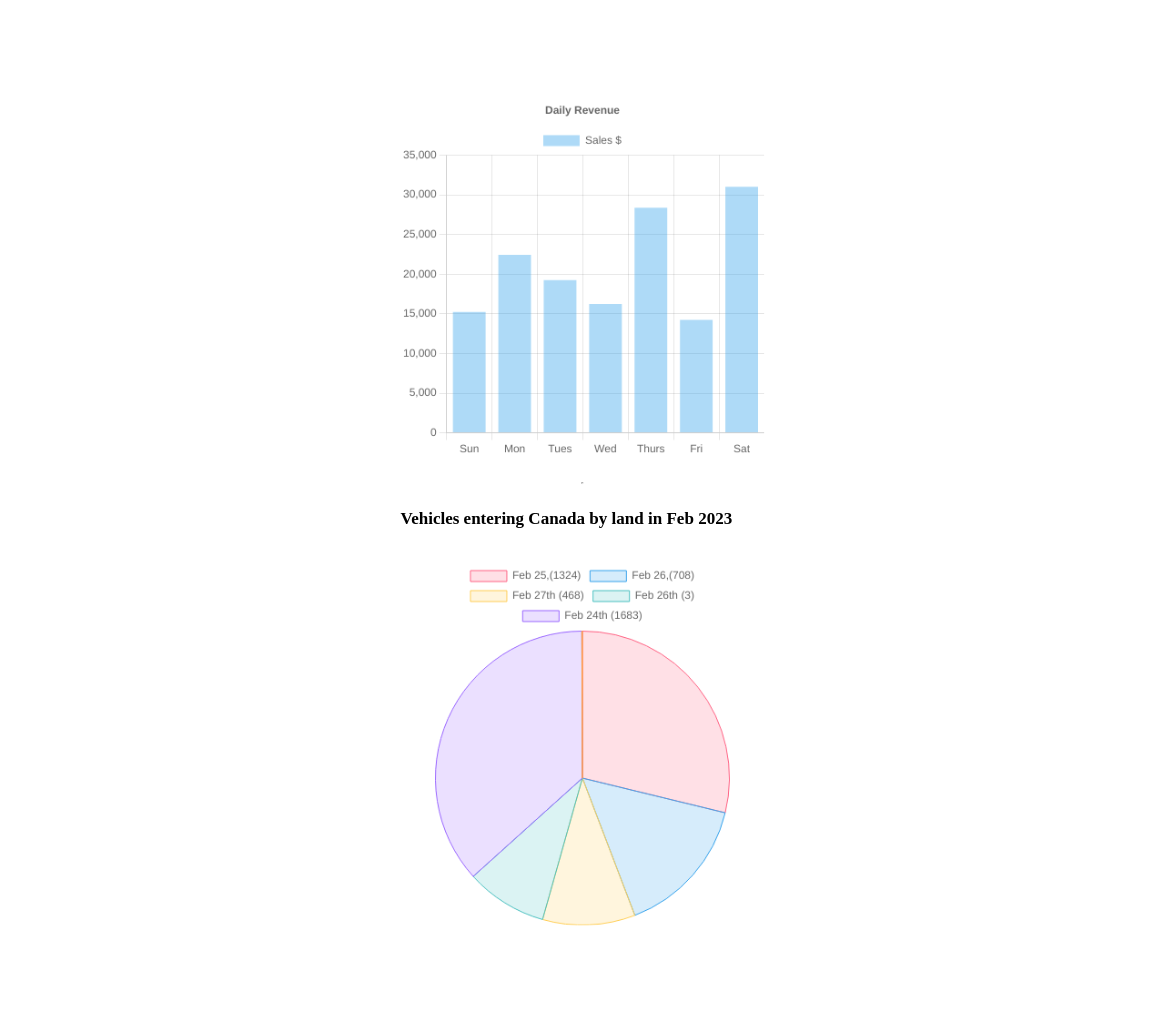
Repository: anoncoderin/dcd-charts-11week
Page: /
The author's editor kept a copy of each file at every save. The page is drawn from the files as they stood at one save, then again after the next save.
The browser window is 1280 px wide. The pictures show the whole page, at 91% of full size.
The project was rebuilt for these pictures with package versions that can differ from the ones it lists, and the page was loaded fresh each time. The framework's server and built-in components were replaced by stand-ins that run in the browser. Also part of the build but not shown: next.config.js.

Above is the page before, as saved 2023-03-24 23:09:17.

### pages/index.js
import Head from 'next/head'
import Image from 'next/image'
import styles from '@/styles/Home.module.css'
import BarChart from '@/components/BarChart'
import PieChart from '@/components/PieChart'

export default function Home() {
  return (
    <>
      <Head>
        <title>Create Next App</title>
        <meta name="description" content="Generated by create next app" />
        <meta name="viewport" content="width=device-width, initial-scale=1" />
        <link rel="icon" href="/favicon.ico" />
      </Head>
      <main className={styles.main}>
        <BarChart/>
        <br></br>
        <hr></hr>
      <div>
        <h3>Vehicles entering Canada by land in Feb 2023</h3>
        <br></br>
        <PieChart/>
        </div>
      </main>
    </>
  )
}

### components/BarChart/index.js
import { useState, useEffect } from "react"
import styles from './BarChart.module.css'

import { Bar } from 'react-chartjs-2';
import {
    Chart as ChartJS,
    CategoryScale,
    LinearScale,
    BarElement,
    Title,
    Tooltip,
    Legend
} from 'chart.js'

ChartJS.register(
    CategoryScale,
    LinearScale,
    BarElement,
    Title,
    Tooltip,
    Legend
)

export default function BarChart() {

    const [chartData, setChartData] = useState({
        datasets: []
    })

    const [chartOptions, setChartOptions] = useState({})

    useEffect(() => {
        setChartData({
            labels: ['Sun', 'Mon', 'Tues', 'Wed', 'Thurs', 'Fri', 'Sat'],
            datasets: [
                {
                    label: 'Sales $',
                    data: [15234, 22432, 19245, 16243, 28356, 14235, 31000],
                    borderColor: 'rgb(53, 162, 235)',
                    backgroundColor: 'rgb(53, 162, 235, 0.4)'
                }
            ]
        })

        setChartOptions({
            plugins: {
                legend: {
                    position: 'top'
                },
                title: {
                    display: true,
                    text: "Daily Revenue"
                }
            },
            maintainAspectRatio: false,
            responsive: true
        })
    }, [])

    return(
        <>
            <div className={styles.container}>
                <Bar data={chartData} options={chartOptions}/>
            </div>
        </>
    )
}

### components/PieChart/index.js
import { useState, useEffect } from "react";
import styles from "./PieChart.module.css";

import { Pie } from "react-chartjs-2";
import {
    Chart as ChartJS,
    ArcElement,
    Tooltip,
    Legend }
    from "chart.js";

ChartJS.register(ArcElement,
    Tooltip,
    Legend)


export default function PieChart() {
const data = {
  labels: ["Feb 25,(1324)", "Feb 26,(708)", "Feb 27th (468)", "Feb 26th (3)", "Feb 24th (1683)"],
  datasets: [
    {
      label: "# of Votes",
      data: [1324, 708, 468, 412, 1683, 3],
      backgroundColor: [
        "rgba(255, 99, 132, 0.2)",
        "rgba(54, 162, 235, 0.2)",
        "rgba(255, 206, 86, 0.2)",
        "rgba(75, 192, 192, 0.2)",
        "rgba(153, 102, 255, 0.2)",
        "rgba(255, 159, 64, 0.2)",
      ],
      borderColor: [
        "rgba(255, 99, 132, 1)",
        "rgba(54, 162, 235, 1)",
        "rgba(255, 206, 86, 1)",
        "rgba(75, 192, 192, 1)",
        "rgba(153, 102, 255, 1)",
        "rgba(255, 159, 64, 1)",
      ],
      borderWidth: 1,
    },
  ],
};


return(
    <>
        <div className={styles.container}>
            <Pie data= {data}/>
        </div>
    </>
)
}

### components/BarChart/BarChart.module.css
.container {
    width: 400px;
    height: 400px;
}

### components/PieChart/PieChart.module.css
.container {
    width: 400px;
    height: 400px;
}

Loaded but not shown: pages/_app.js (common file); pages/_document.js (common file); styles/Home.module.css (common file); styles/globals.css (no stored copy; drawn as an empty file)

After the next save:
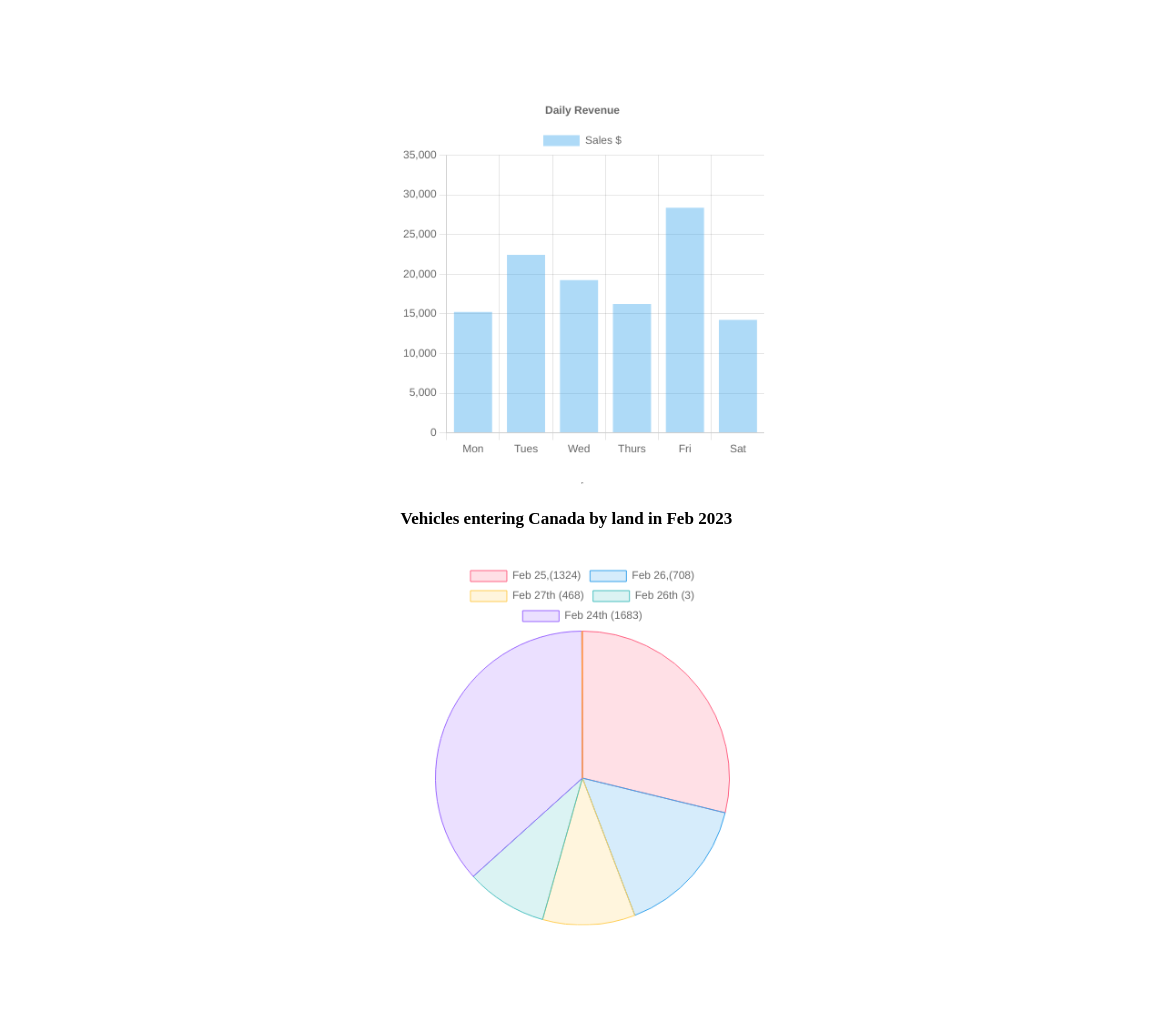
Saved 4 min 3 s later.
--- a/components/BarChart/index.js
+++ b/components/BarChart/index.js
@@ -31,7 +31,7 @@ export default function BarChart() {
 
     useEffect(() => {
         setChartData({
-            labels: ['Sun', 'Mon', 'Tues', 'Wed', 'Thurs', 'Fri', 'Sat'],
+            labels: ['Mon', 'Tues', 'Wed', 'Thurs', 'Fri', 'Sat'],
             datasets: [
                 {
                     label: 'Sales $',
